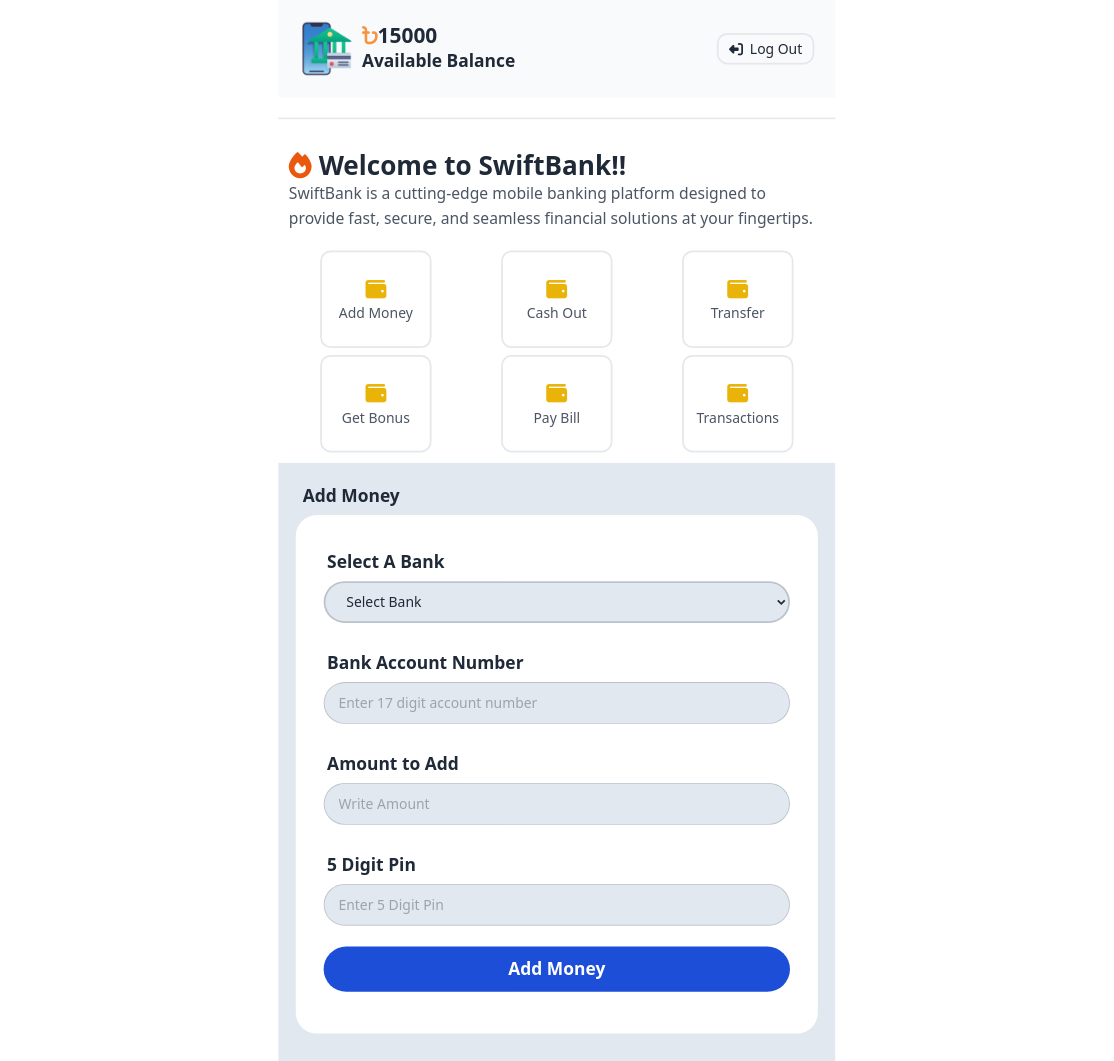
Repository: mukaddam-coder/swift-bank-mobile-banking
Page: home.html
An editor plug-in stored every save of this project. The page is shown before and after the next save, followed by the edit.
The browser window is 1280 px wide. The pictures show the whole page, at 87% of full size.
Some web libraries are served in a nearby version.

Above is the page before, as saved 2024-12-16 21:21:42.

### home.html
<!DOCTYPE html>
<html lang="en">
<head>
    <meta charset="UTF-8">
    <meta name="viewport" content="width=device-width, initial-scale=1.0">
    <title>SwiftBank</title>
    <!-- Fontawesome CDN -->
    <script src="https://kit.fontawesome.com/c4e7b2ed2f.js" crossorigin="anonymous"></script>
    <!-- Google Fonts -->
    <link rel="preconnect" href="https://fonts.googleapis.com">
    <link rel="preconnect" href="https://fonts.gstatic.com" crossorigin>
    <link href="https://fonts.googleapis.com/css2?family=Montserrat:ital,wght@0,100..900;1,100..900&display=swap" rel="stylesheet">
    <!-- Tailwind + DaisyUi CDN -->
    <link href="https://cdn.jsdelivr.net/npm/daisyui@4.12.19/dist/full.min.css" rel="stylesheet" type="text/css" />
    <script src="https://cdn.tailwindcss.com"></script>

</head>
<body>

<main>
  <div class="w-1/2 mx-auto p-6 bg-slate-50 h-full flex justify-between items-center">
    <div class="flex gap-2">
        <!-- Logo -->
    <div>
    <img class="w-16 h-16" src="images/mobile-banking.png">
    </div>
    <div>
   <h2 class="text-2xl font-bold" id="main-balance">
   <i class="fa-solid fa-bangladeshi-taka-sign text-orange-400"></i>15000</h2>
   <p class="font-semibold text-xl">Available Balance</p>
</div>
</div>
<div>
<button class="border-2 w-28 px-1 py-1 rounded-xl"> <i class="fa-solid fa-right-from-bracket rotate-180 mr-2"></i>Log Out</button>
</div>
        </div>
    <div class="divider w-1/2 mx-auto"></div>
    <!-- Greetings Section -->
        <section class="w-1/2 mx-auto p-3">
            <h1 class="font-bold text-3xl"><i class="fa-solid fa-fire text-orange-600 text-3xl mr-2"></i>Welcome to SwiftBank!!</h1>
            <p class="text-gray-600 text-lg">
                SwiftBank is a cutting-edge mobile banking platform designed to provide fast, secure, and seamless financial solutions at your fingertips.
            </p>
        </section>
     <!-- User Actionable Dashboard -->

     <section class="w-1/2 mx-auto">
        <div class="grid grid-cols-3 p-3 text-center gap-2">
          <div class=>
            <button id="show-add-money-section" class="border-2 w-32 h-28 rounded-xl bg-white text-gray-600">
            <p>
              <i class="fa-solid fa-wallet text-yellow-500 text-2xl"></i>
            </p>
            Add Money
           </button>
        </div>
          <div class>
             <button id="show-cash-out-section" class="border-2 w-32 h-28 rounded-xl bg-white text-gray-600">
              <p><i class="fa-solid fa-wallet text-yellow-500 text-2xl"></i></p>
                Cash Out
              </button>
            </div>
          <div>
          <button id="show-money-transfer-section" class="border-2 w-32 h-28 rounded-xl bg-white text-gray-600">
              <p><i class="fa-solid fa-wallet text-2xl text-yellow-500"></i></p>
                Transfer
              </button>
            </div>
          <div class="">
        <button id="show-get-bonus-section" class="border-2 w-32 h-28 rounded-xl bg-white text-gray-600">
            <p><i class="fa-solid fa-wallet text-2xl text-yellow-500"></i></p>
                Get Bonus
            </button>
          </div>
        <div class="">
          <button id="show-pay-bill-section" class="border-2 w-32 h-28 rounded-xl bg-white text-gray-600">
              <p><i class="fa-solid fa-wallet text-2xl text-yellow-500"></i></p>
                      Pay Bill
            </button>
          </div>
        <div class="">
          <button id="show-transaction-history" class="border-2 w-32 h-28 rounded-xl bg-white text-gray-600">
              <p><i class="fa-solid fa-wallet text-2xl text-yellow-500"></i></p>
                      Transactions
              </button>
            </div>

        </div>
      </section>
      <!-- Add Money Section Start -->
      <section id ="add-money-section" class="w-1/2 mx-auto px-5 py-4 bg-slate-200">
        <h2 class="p-2 font-bold text-xl">Add Money</h2>
        <form class="card-body bg-white rounded-3xl">
            <div class="form-control mb-4">
              <label class="label">
                <span class="label-text font-semibold text-xl">Select A Bank</span>
              </label>
              <select id="bank"  class="input-bordered rounded-full bg-slate-200 h-12 px-5 border-2">
                <option value="Select Bank">Select Bank</option>
                <option value="AB Bank PLC">AB Bank PLC</option>
                <option value="Bangladesh Commerce Bank Limited">Bangladesh Commerce Bank Limited</option>
                <option value="Islami Bank Bangladesh PLC">Islami Bank Bangladesh PLC</option>
                <option value="Dutch-Bangla Bank PLC">Dutch-Bangla Bank PLC</option>
                <option value="Jamuna Bank Limited">Jamuna Bank Limited</option>
                <option value="Trust Bank PLC">Trust Bank PLC</option>
              </select>
              </div>
            <div class="form-control mb-4">
              <label class="label">
                <span class="label-text font-semibold text-xl">Bank Account Number</span>
              </label>
              <input id="input-bank-account-field" type="text" placeholder="Enter 17 digit account number" class="input input-bordered rounded-full bg-slate-200" required />
            </div>
            <div class="form-control mb-4">
              <label class="label">
                <span class="label-text font-semibold text-xl">Amount to Add</span>
              </label>
              <input id="input-amount-field" type="text" placeholder="Write Amount" class="input input-bordered rounded-full bg-slate-200" required />
              </div>
            <div class="form-control mb-4">
              <label class="label">
                <span class="label-text font-semibold text-xl">5 Digit Pin</span>
              </label>
              <input id="input-add-money-pin-number" type="password" placeholder="Enter 5 Digit Pin" class="input input-bordered rounded-full bg-slate-200" required />
              </div>
            <div class="form-control mb-4">
              <button id="btn-add-money" class="bg-blue-700 font-bold text-xl text-white p-3 rounded-full">Add Money</button>
            </div>
          </form>
          <!-- Result Message -->
        <p id="result-message" class="text-center font-bold text-lg mt-4"></p>
      </section>
      <!-- Add Money Section End -->

      <!-- Cash Out Section Start -->
      <section id ="cash-out-section" class="hidden w-1/2 mx-auto px-5 py-4 bg-slate-200">
        <h2 class="p-2 font-bold text-xl">Cash Out</h2>
        <form class="card-body bg-white rounded-3xl">
            <div class="form-control mb-4">
              <label class="label">
                <span class="label-text font-semibold text-xl">Agent Number</span>
              </label>
              <input type="number" id="input-cash-out-phone" placeholder="Enter 11 digit number" class="input input-bordered rounded-full bg-slate-200" maxlength="11" required >
              </div>
             <div class="form-control mb-4">
              <label class="label">
                <span class="label-text font-semibold text-xl">Withdrawal Amount</span>
              </label>
              <input id="input-cash-out-field" type="text" placeholder="Write Amount" class="input input-bordered rounded-full bg-slate-200" required />
            </div>
            <div class="form-control mb-4">
              <label class="label">
                <span class="label-text font-semibold text-xl">5 Digit Pin</span>
              </label>
              <input id="input-cash-out-pin-number" type="password" placeholder="Enter 5 Digit Pin" class="input input-bordered rounded-full bg-slate-200" required />
              </div>
          <div class="form-control mb-4">
              <button id="btn-cash-out" class="bg-blue-700 font-bold text-xl text-white p-3 rounded-full">Cash Out</button>
            </div>
          </form>
      </section>
     <!-- Cash Out Section End -->

     <!-- Money Transfer Section Start -->
     <section id ="money-transfer-section" class="hidden w-1/2 mx-auto px-5 py-4 bg-slate-200">
      <h2 class="p-2 font-bold text-xl">Money Transfer</h2>
      <form class="card-body bg-white rounded-3xl">
          <div class="form-control mb-4">
            <label class="label">
              <span class="label-text font-semibold text-xl">User Account Number</span>
            </label>
            <input type="number" id="input-money-transfer-number" placeholder="Enter 11 digit number" class="input input-bordered rounded-full bg-slate-200" maxlength="11" required >
            </div>
           <div class="form-control mb-4">
            <label class="label">
              <span class="label-text font-semibold text-xl">Amount</span>
            </label>
            <input id="input-money-transfer-amount" type="text" placeholder="Enter Amount to transfer" class="input input-bordered rounded-full bg-slate-200" required />
          </div>
          <div class="form-control mb-4">
            <label class="label">
              <span class="label-text font-semibold text-xl">5 Digit Pin</span>
            </label>
            <input id="input-money-transfer-pin" type="password" placeholder="Enter 5 Digit Pin" class="input input-bordered rounded-full bg-slate-200" required />
            </div>
           <div class="form-control mb-4">
            <button id="btn-money-transfer" class="bg-blue-700 font-bold text-xl text-white p-3 rounded-full">Send Now</button>
          </div>
        </form>
    </section>
     <!-- Money Transfer Section End -->

     <!-- Get Bonus Section Start -->
     <section id ="get-bonus-section" class="hidden w-1/2 mx-auto px-5 py-4 bg-slate-200">
      <h2 class="p-2 font-bold text-xl">Get Bonus</h2>
      <form class="card-body bg-white rounded-3xl">
          <div class="form-control mb-4">
            <label class="label">
              <span class="label-text font-semibold text-xl">Bonus Coupon</span>
            </label>
            <input type="text" id="input-bonus-coupon" placeholder="Enter coupon code" class="input input-bordered rounded-full bg-slate-200" maxlength="11" required >
            </div>

           <div class="form-control mb-4">
            <button id="btn-get-bonus" class="bg-blue-700 font-bold text-xl text-white p-3 rounded-full">Get Bonus</button>
          </div>
        </form>
    </section>
     <!-- Get Bonus Section End -->

     <!-- Pay Bill Section Start -->
     <section id ="pay-bill-section" class="hidden w-1/2 mx-auto px-5 py-4 bg-slate-200">
      <h2 class="p-2 font-bold text-xl">Pay Bill</h2>
      <form class="card-body bg-white rounded-3xl">
          <div class="form-control mb-4">
            <label class="label">
              <span class="label-text font-semibold text-xl">Select to Pay</span>
            </label>
            <select id="payment-list"  class="input-bordered rounded-full bg-slate-200 h-12 px-5 border-2">
              <option value="Select option">Select Payment Option</option>
              <option value="Electricity Bill">Electricity Bill</option>
              <option value="Gas Bill">Gas Bill</option>
              <option value="Water Bill">Water Bill</option>
              <option value="Internet Bill">Internet Bill</option>
              <option value="Mobile Recharge">Mobile Recharge</option>
              <option value="Tax Payments">Tax Payments</option>
              <option value="College/University Tuition Fees">College/University Tuition Fees</option>
              <option value="Bus/Train Tickets">Bus/Train Tickets</option>
              <option value="Bus/Train Tickets">Passport or Visa Fees</option>
              <option value="Credit Card Bill Payments">Credit Card Bill Payments</option>
            </select>
            </div>
           <div class="form-control mb-4">
            <label class="label">
              <span class="label-text font-semibold text-xl">Billar Account Number</span>
            </label>
            <input id="input-billar-account-number-field" type="text" placeholder="Enter account number" class="input input-bordered rounded-full bg-slate-200" required />
            </div>
          <div class="form-control mb-4">
            <label class="label">
              <span class="label-text font-semibold text-xl">Amount to Pay</span>
            </label>
            <input id="input-pay-bill-amount-field" type="number" placeholder="Write Amount" class="input input-bordered rounded-full bg-slate-200" required />
            </div>
          <div class="form-control mb-4">
            <label class="label">
              <span class="label-text font-semibold text-xl">5 Digit Pin</span>
            </label>
            <input id="input-pay-bill-pin-number" type="password" placeholder="Enter 5 Digit Pin" class="input input-bordered rounded-full bg-slate-200" required />
            </div>
          <div class="form-control mb-4">
            <button id="btn-pay-bill" class="bg-blue-700 font-bold text-xl text-white p-3 rounded-full">Pay Now</button>
          </div>
        </form>
        <!-- Result Message -->
        <p id="result-message" class="text-center font-bold text-lg mt-4"></p>
    </section>
     <!-- Pay Bill Section End -->

     <!-- Transaction History Start -->
     <section id ="transaction-history-section" class="hidden w-1/2 mx-auto px-5 py-4 bg-slate-200">
      <div class="flex justify-between items-center">
        <h2 class="p-2 font-bold text-xl">Transaction History</h2>
        <p class="p-2">
          <a href="#">View All</a>
        </p>
      </div>

      <div id="transaction-container">

      </div>
    </section>
     <!-- Transaction History End -->
      <script src="Jscript/utilities.js"></script>
      <script src="Jscript/add-money.js"></script>
      <script src="Jscript/cash-out.js"></script>
      <script src="Jscript/features.js"></script>
      <script src="Jscript/money-transfer.js"></script>
      <script src="Jscript/bonus.js"></script>
      <script src="Jscript/pay-bill.js"></script>
       </main>

</body>
</html>

### Jscript/utilities.js
function getInputFieldValueById(id){
    const inputValue = document.getElementById(id).value;
    const inputNumber = parseFloat(inputValue);
    return inputNumber;
}


function getTextFieldValueById(id){
    const textValue = document.getElementById(id).innerText;
    const textNumber = parseFloat(textValue);
    return textNumber;
}

function showSectionById(id){
    // Hide all the section
    document.getElementById('add-money-section').classList.add('hidden');
    document.getElementById('cash-out-section').classList.add('hidden');
    document.getElementById('money-transfer-section').classList.add('hidden');
    document.getElementById('get-bonus-section').classList.add('hidden');
    document.getElementById('pay-bill-section').classList.add('hidden');
//    Show the section with the provided id
    document.getElementById(id).classList.remove('hidden');
};

### Jscript/add-money.js
document.getElementById('btn-add-money').addEventListener('click', function(event){
    event.preventDefault();
   const bankList = document.getElementById('bank').value;
   const addMoney = getInputFieldValueById('input-amount-field');
   const pinNumber = getInputFieldValueById('input-add-money-pin-number');
   const bankAccNumber = getInputFieldValueById('input-bank-account-field');
   const mainBalance = getTextFieldValueById('main-balance');


    if(isNaN(addMoney)){
        alert('Please enter a positive number to add money.');
        return;
    }

    if(addMoney <= 0 ){
        alert('Please enter a positive number to add money.')
    }

   if(pinNumber === 19945 && bankAccNumber >= 6){
        const newBalance = mainBalance + addMoney;
        document.getElementById('main-balance').innerText = newBalance;
        // Get Transaction time
        const transactionTime = new Date();
        const formattedTime = transactionTime.toLocaleString();

        // Add to transaction histoy
       const transactionDiv = document.createElement('div');
               transactionDiv.classList.add('bg-white', 'rounded-xl', 'p-4', 'mb-4');
               transactionDiv.innerHTML = `
                   <div class = "flex justify-between items-center gap-1">
                       <div class="flex w-1/3">
                       <p><i class="fa-solid fa-wallet text-2xl text-yellow-500 rounded-full bg-slate-200 px-3 py-2"></i></p>
                       <h2 class="p-1 font-bold text-xl text-center">Add Money</h2>
                       </div>
                       <div class="flex-1">
                       <p class="text-md"><span class ="font-bold text-green-600">From ${bankList}</span> BDT: ${addMoney} was added to your account, and your new balance is BDT: ${newBalance}</p>
                       <p class="text-sm text-gray-500 font-bold">Transaction Time: ${formattedTime}</p>
                       </div>
                    </div>`;

               // Append transaction to the transaction history container
               document.getElementById('transaction-container').appendChild(transactionDiv);
         }

   else{
    alert('Failed to add money!Please try again.')
   }
})

### Jscript/features.js

// The add money section will show when the add money button is clicked.
document.getElementById('show-add-money-section').addEventListener('click', function(){
    showSectionById('add-money-section');
});

// The cash-out section will show when the cash-out button is clicked.
document.getElementById('show-cash-out-section').addEventListener('click', function(){
    showSectionById('cash-out-section')
});

// The money transfer section will show when the money transfer button is clicked.

document.getElementById('show-money-transfer-section').addEventListener('click', function(){
    showSectionById('money-transfer-section');
});


document.getElementById('show-get-bonus-section').addEventListener('click', function(){
    showSectionById('get-bonus-section');
});

document.getElementById('show-pay-bill-section').addEventListener('click', function(){
    showSectionById('pay-bill-section');
});


document.getElementById('show-transaction-history').addEventListener('click', function(){
    showSectionById('transaction-history-section');
})

### Jscript/bonus.js
document.getElementById('btn-get-bonus').addEventListener('click', function(event){
    event.preventDefault();
    const getBonusInput = document.getElementById('input-bonus-coupon').value.trim();
    const mainBalanceText = document.getElementById('main-balance').innerText;
    const mainBalance = parseFloat(mainBalanceText);
    const couponCode = 'BONUS10';

    if(getBonusInput === couponCode){
        const bonusAmount = 100;
        const newBalance = mainBalance + bonusAmount;
        document.getElementById('main-balance').innerText = newBalance;
    }
    else{
        alert('Invalid Coupon Code! Please try again.')
    }
})

### Jscript/pay-bill.js
document.getElementById('btn-pay-bill').addEventListener('click', function(event){
         event.preventDefault();

         const paymentList = document.getElementById('payment-list').value;
         const accountNumber = getInputFieldValueById('input-billar-account-number-field');
         const payBillAmount = getInputFieldValueById('input-pay-bill-amount-field');
         const payBillPin = getInputFieldValueById('input-pay-bill-pin-number');

         const mainBalance = getTextFieldValueById('main-balance');

         if(isNaN(payBillAmount)){
            alert('Please enter a positive number.');
            return;
         }

         if(payBillAmount <= 0){
            alert('Please enter a valid amount greater than 0.');
            return;
         }

         if(payBillAmount > mainBalance){
            alert('You do not have sufficient balance to complete the payment.')
            return;
         }

         if(payBillPin === 19945 && accountNumber === 1629501006323){
            const newBalance = mainBalance - payBillAmount;
            document.getElementById('main-balance').innerText = newBalance;
               // add to transaction history
               const transactionDiv = document.createElement('div');
               transactionDiv.classList.add('bg-white', 'rounded-xl', 'p-4', 'mb-4');
               transactionDiv.innerHTML = `
                   <div class = "flex items-center gap-2">
                       <p><i class="fa-solid fa-wallet text-2xl text-yellow-500 rounded-full bg-slate-200 px-3 py-2"></i></p>
                       <h2 class="p-2 font-bold text-lg">${paymentList}</h2>
                       <p class="text-md">BDT ${payBillAmount} paid for ${paymentList}</p>
                       <p class="text-sm text-gray-600">Payment successful! Remaining Balance: BDT ${newBalance}</p>
                   </div>`;

               // Append transaction to the transaction history container
               document.getElementById('transaction-container').appendChild(transactionDiv);
         }

         else{
            alert('Invalid PIN or Account Number! Please try again.')
         }
})

Loaded but not shown: Jscript/money-transfer.js (54 lines, source omitted); Jscript/cash-out.js (53 lines, source omitted)

After the next save:
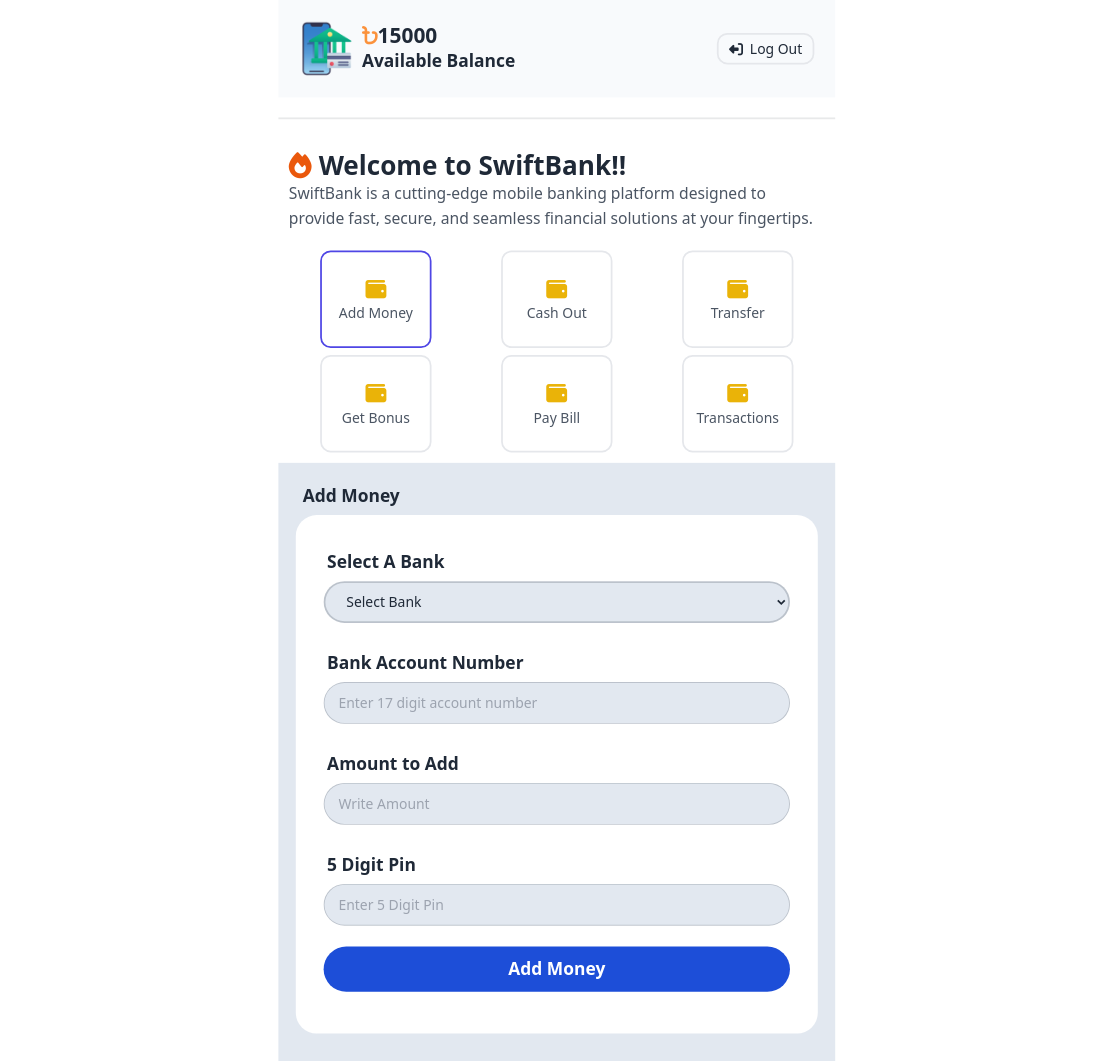
Saved 92 min 8 s later.
--- a/home.html
+++ b/home.html
@@ -47,7 +47,7 @@
      <section class="w-1/2 mx-auto">
         <div class="grid grid-cols-3 p-3 text-center gap-2">
           <div class=>
-            <button id="show-add-money-section" class="border-2 w-32 h-28 rounded-xl bg-white text-gray-600">
+            <button id="show-add-money-section" class="border-solid border-2 border-indigo-600 w-32 h-28 rounded-xl bg-white text-gray-600">
             <p>
               <i class="fa-solid fa-wallet text-yellow-500 text-2xl"></i>
             </p>
